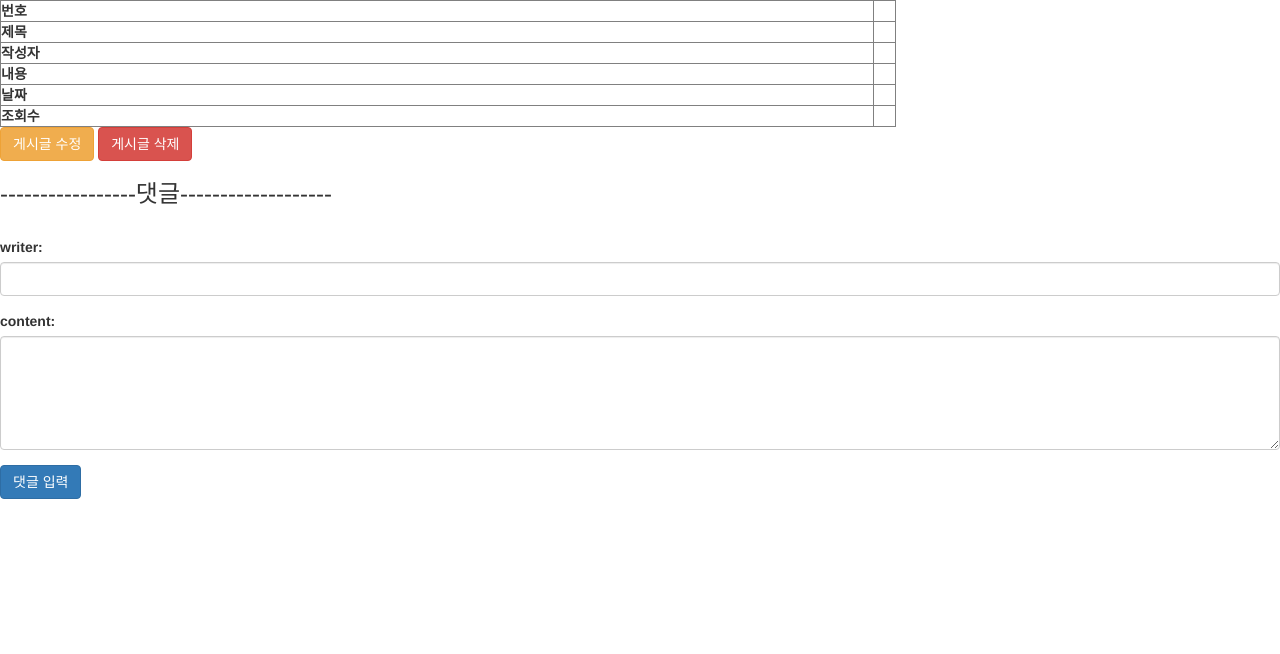
Repository: changyunLee/practice_01
Page: http://localhost/board0513/WEB-INF/views/detail.jsp
These files come from the project's save history. The page is drawn as it stood at one moment and after the next save; the edit follows.
The browser window is 1280 px wide. The pictures show the whole page.
The page is served by Tomcat 9. Nobody is signed in. The template is opened directly, without the code that normally fills it, so the values that code supplies are empty.

Above is the page before, as saved 2021-10-05 03:26:44.

After the next save:
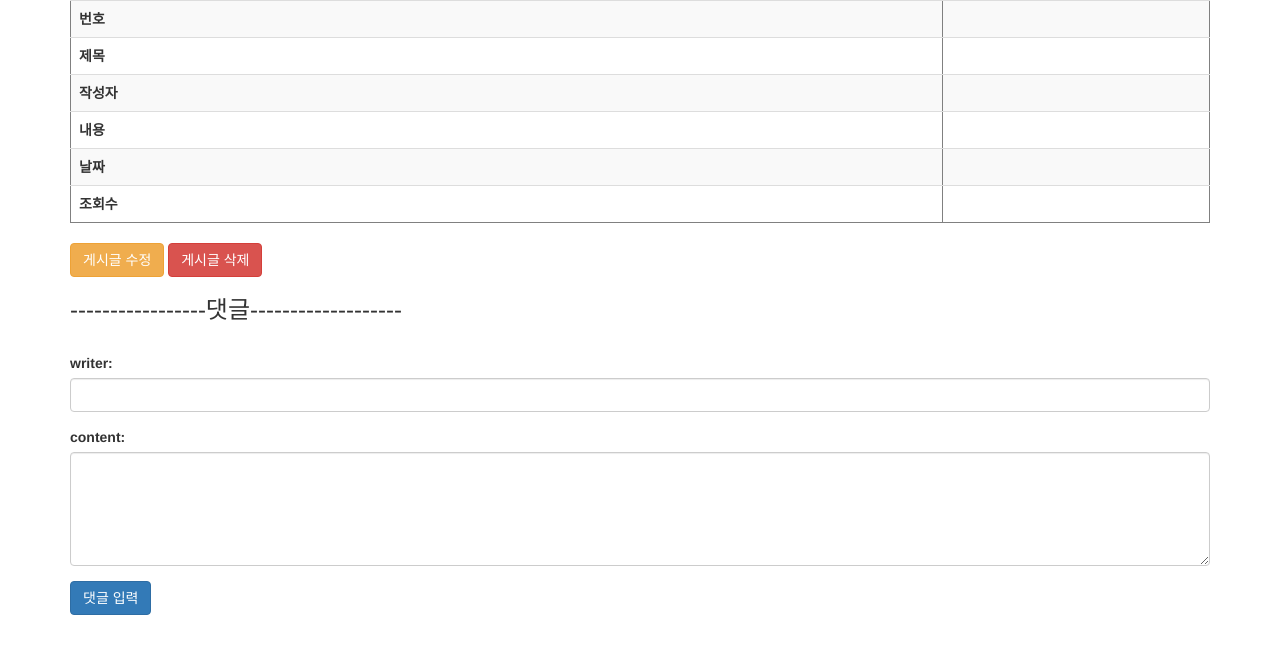
Saved 82 s later.
--- a/SpringMVC_WORK/board0513/src/main/webapp/WEB-INF/views/detail.jsp
+++ b/SpringMVC_WORK/board0513/src/main/webapp/WEB-INF/views/detail.jsp
@@ -40,8 +40,9 @@
 </script>
 </head>
 <body>
+<div class="container">
 
-	<table border="1" width="70%">
+	<table border="1" width="70%" class="table table-striped">
 
 		<tr>
 			<th>번호</th>
